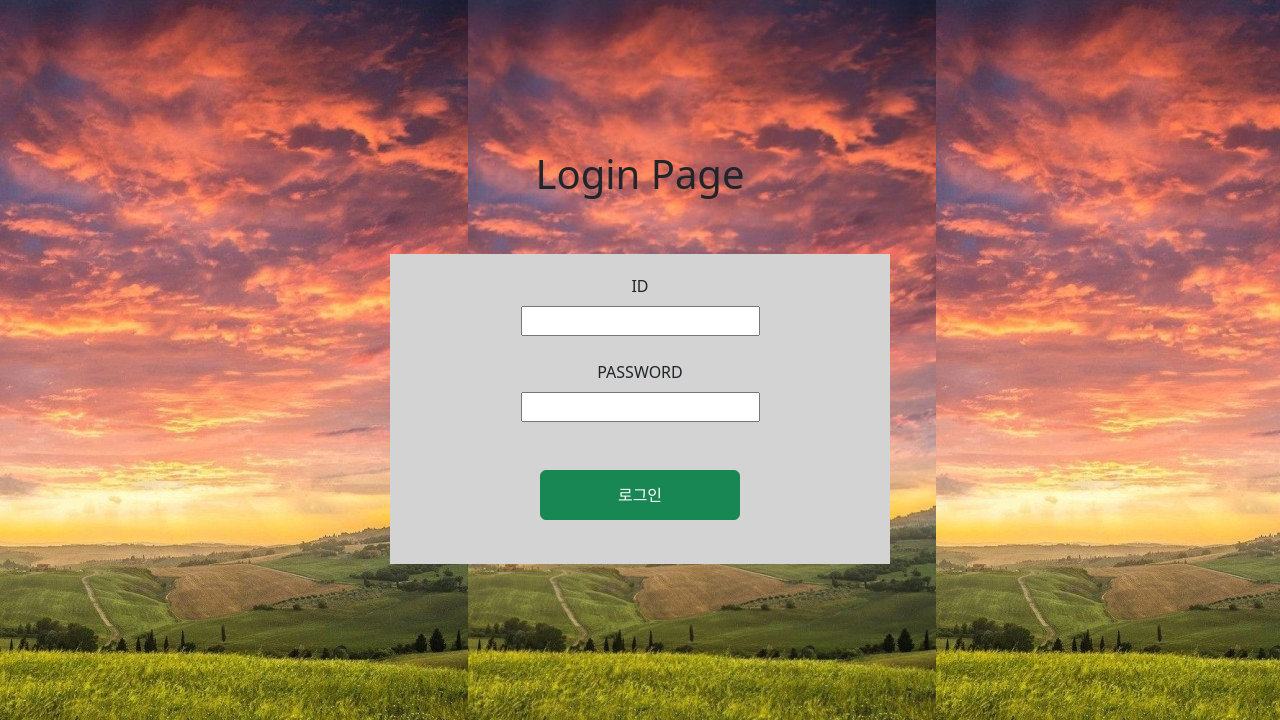
Repository: doridori890130/JSP
Page: http://localhost/jsp_project/mem/login
The author's editor kept a copy of each file at every save. The page is drawn from the files as they stood at one save, then again after the next save.
The browser window is 1280 px wide. The pictures show the whole page.
The page is served by Tomcat 9. Other server files are loaded and not shown.

Above is the page before, as saved 2023-06-01 04:24:27.

### jsp_project4/jsp_project/src/main/webapp/member/login.jsp
<%@ page language="java" contentType="text/html; charset=UTF-8"
    pageEncoding="UTF-8"%>
<!DOCTYPE html>
<html>
<head>

<meta charset="UTF-8">
<!-- CSS only -->
<link href="https://cdn.jsdelivr.net/npm/bootstrap@5.2.2/dist/css/bootstrap.min.css" rel="stylesheet" integrity="sha384-Zenh87qX5JnK2Jl0vWa8Ck2rdkQ2Bzep5IDxbcnCeuOxjzrPF/et3URy9Bv1WTRi" crossorigin="anonymous">
<style type="text/css">
 body{
 	background-image: url("/img/노을.jpg");
 }
 H1{
 	text-align: center;
 	margin-top: 150px;
 }
 div{

 	text-align: center;
 	background-color: lightgray;
 	width: 500px;
 	height: 300px;
 	margin: auto;
 	padding-top: 10px;
 }
 button{
 	width: 200px;
 	height: 50px;
 }
</style>
<title>Insert title here</title>
</head>
<body>
	<h1>Login Page</h1>
	<br> <br>
	<div>
	<form action="/mem/login_auth" method="post" >
	<div class="mb-3">
  <label for="exampleFormControlInput1" class="form-label">ID</label> <br>
		 <input type="text" name="id" > <br> <br>
  <label for="exampleFormControlInput1" class="form-label">PASSWORD</label> <br>
		 <input type="password" name="password" > <br>
<br> <br>
		<button class="btn btn-success" type="submit" >로그인</button>
	</form>
  	</div>

	</div>
</body>
</html>

### jsp_project4/jsp_project/src/main/java/Controller/MemberController.java
package Controller;

import java.io.IOException;
import java.util.List;

import javax.servlet.RequestDispatcher;
import javax.servlet.ServletException;
import javax.servlet.annotation.WebServlet;
import javax.servlet.http.HttpServlet;
import javax.servlet.http.HttpServletRequest;
import javax.servlet.http.HttpServletResponse;
import javax.servlet.http.HttpSession;

import org.slf4j.Logger;
import org.slf4j.LoggerFactory;

import domain.MemberVO;
import service.MemberService;
import service.MemberServiceImpl;

/**
 * Servlet implementation class MemberController
 */
@WebServlet("/mem/*")
public class MemberController extends HttpServlet {
	private static final long serialVersionUID = 1L;
	private static Logger log = LoggerFactory.getLogger(MemberController.class);
	private RequestDispatcher rdp; // 웹의 목적지 주소로 객체를 전달해주는 객체
    private String destpage;
    private int isOk;
    private MemberService msv;

    public MemberController() {
        msv = new MemberServiceImpl();
    }


	protected void service(HttpServletRequest request, HttpServletResponse response) throws ServletException, IOException {
		//characterENcoding 설정
		request.setCharacterEncoding("utf-8");
		response.setCharacterEncoding("utf-8");
		response.setContentType("text/html; charset=utf-8");

		String uri = request.getRequestURI();
		log.info(">>> uri : "+uri);
		String path = uri.substring(uri.lastIndexOf("/")+1);
		log.info(">>> path : "+path);

		switch(path) {
		case "join":
			destpage="/member/join.jsp";
			break;
		case "register":
			try {
				String id = request.getParameter("id");
				String password = request.getParameter("password");
				String email = request.getParameter("email");
				int age = Integer.parseInt(request.getParameter("age"));
				MemberVO mvo = new MemberVO(id,password,email,age);
				isOk = msv.register(mvo);
			} catch (Exception e) {
				e.printStackTrace();
			}
			break;
		case "login":
			destpage="/member/login.jsp";
			break;
		case "login_auth":
			try {
				String id = request.getParameter("id");
				String password = request.getParameter("password");
				MemberVO mvo= new MemberVO(id,password);
				MemberVO loginMvo = msv.login(mvo);
				if(loginMvo != null) {
					HttpSession ses = request.getSession();
					ses.setAttribute("ses", loginMvo);
					ses.setMaxInactiveInterval(10*60);
				}else {
					request.setAttribute("msg_login", 0);
				}
				destpage="/";
			} catch (Exception e) {
				e.printStackTrace();
			}
			break;
		case "logout":
			try {
				HttpSession ses = request.getSession();
				MemberVO mvo = (MemberVO )ses.getAttribute("ses");
				String id = mvo.getId();
				isOk = msv.lastlogin(id);
				ses.invalidate();

			} catch (Exception e) {
				e.printStackTrace();
			}
			destpage="/";
			break;
		case "modify":
			destpage="/member/modify.jsp";
			break;
		case "edit" :
			try {
				MemberVO mvo = new MemberVO(
						request.getParameter("id"),
						request.getParameter("password"),
						request.getParameter("email"),
						Integer.parseInt(request.getParameter("age")),
						request.getParameter("reg_date"),
						request.getParameter("last_login"));
				isOk=msv.modify(mvo);
				if(isOk>0) {
					request.setAttribute("mvo", mvo);
					HttpSession ses = request.getSession();
					ses.setAttribute("ses", mvo);
				}
				destpage="/";
			} catch (Exception e) {
				e.printStackTrace();
			}
			break;
		case "list" :
			try {
				List<MemberVO> list = msv.getList();
				request.setAttribute("list", list);
				destpage="/member/list.jsp";
			} catch (Exception e) {
				e.printStackTrace();
			}
			break;
		case "remove":
			try {
				HttpSession ses = request.getSession();
				MemberVO reMvo = (MemberVO)ses.getAttribute("ses");
				String delId= reMvo.getId();
				isOk = msv.remove(delId);
				ses.invalidate();
				destpage="/";
			} catch (Exception e) {
				e.printStackTrace();
			}
			break;
		}


		rdp = request.getRequestDispatcher(destpage);
		rdp.forward(request, response);
	}


	protected void doGet(HttpServletRequest request, HttpServletResponse response) throws ServletException, IOException {
		service(request,response);
	}


	protected void doPost(HttpServletRequest request, HttpServletResponse response) throws ServletException, IOException {
		service(request,response);
	}

}

### jsp_project4/jsp_project/src/main/java/service/MemberServiceImpl.java
package service;

import java.util.List;

import org.slf4j.Logger;
import org.slf4j.LoggerFactory;

import domain.MemberVO;
import repository.MemberDAO;
import repository.MemberDAOImpl;

public class MemberServiceImpl implements MemberService {
	private static Logger log = LoggerFactory.getLogger(MemberServiceImpl.class);
	private MemberDAO mdao;

	public MemberServiceImpl() {
		mdao= new MemberDAOImpl();
	}

	@Override
	public int register(MemberVO mvo) {
		log.info(">>register service");
		return mdao.register(mvo);
	}

	@Override
	public MemberVO login(MemberVO mvo) {
		log.info(">>login service");
		return mdao.login(mvo);
	}

	@Override
	public int lastlogin(String id) {
		log.info(">>lastlogin service");
		return mdao.lastlogin(id);
	}

	@Override
	public int modify(MemberVO mvo) {
		log.info(">>lastlogin service");
		return mdao.modify(mvo);
	}

	@Override
	public List<MemberVO> getList() {
		log.info(">>lastlogin service");
		return mdao.list();
	}

	@Override
	public int remove(String delId) {
		log.info(">>lastlogin service");
		return mdao.remove(delId);
	}
}

### jsp_project4/jsp_project/src/main/java/repository/MemberDAO.java
package repository;

import java.util.List;

import domain.MemberVO;

public interface MemberDAO {

	int register(MemberVO mvo);

	MemberVO login(MemberVO mvo);

	int lastlogin(String id);

	int modify(MemberVO mvo);

	List<MemberVO> list();

	int remove(String delId);

}

### jsp_project4/jsp_project/src/main/java/repository/MemberDAOImpl.java
package repository;

import java.util.List;

import org.apache.ibatis.session.SqlSession;
import org.slf4j.Logger;
import org.slf4j.LoggerFactory;

import domain.MemberVO;
import orm.DatabaseBuilder;



public class MemberDAOImpl implements MemberDAO {
	private static Logger log = LoggerFactory.getLogger(MemberDAOImpl.class);
	private SqlSession sql;
	private String NS = "MemberMapper.";

	public MemberDAOImpl() {
		new DatabaseBuilder();
		sql= DatabaseBuilder.getFactory().openSession();
	}

	@Override
	public int register(MemberVO mvo) {
		int isOk=sql.insert(NS+"register",mvo);
		if(isOk>0) {
			sql.commit();
		}
		return isOk;
	}

	@Override
	public MemberVO login(MemberVO mvo) {

		return sql.selectOne(NS+"login",mvo);
	}

	@Override
	public int lastlogin(String id) {
		int isOk=sql.update(NS+"lastlogin",id);
		if(isOk>0) {
			sql.commit();
		}
		return isOk;
	}

	@Override
	public int modify(MemberVO mvo) {
		int isOk=sql.update(NS+"modify",mvo);
		if(isOk>0) {
			sql.commit();
		}
		return isOk;
	}

	@Override
	public List<MemberVO> list() {

		return sql.selectList(NS+"list");
	}

	@Override
	public int remove(String delId) {
		int isOk=sql.delete(NS+"del",delId);
		if(isOk>0) {
			sql.commit();
		}
		return isOk;
	}
}

### jsp_project4/jsp_project/src/main/java/orm/DatabaseBuilder.java
package orm;


import java.io.IOException;
import org.apache.ibatis.io.Resources;
import org.apache.ibatis.session.SqlSessionFactory;
import org.apache.ibatis.session.SqlSessionFactoryBuilder;
import org.slf4j.Logger;
import org.slf4j.LoggerFactory;

public class DatabaseBuilder {
	private static Logger log = LoggerFactory.getLogger(DatabaseBuilder.class);
	private static SqlSessionFactory factory;
	private static final String config = "orm/MybatisConfig.xml";

	static {
		try {
			factory = new SqlSessionFactoryBuilder().build(Resources.getResourceAsReader(config));

		} catch (IOException e) {
			log.info("Mybatis 설정오류");
			e.printStackTrace();
		}
	}
	public static SqlSessionFactory getFactory() {
		return factory;
	}
}

### jsp_project4/jsp_project/src/main/java/domain/MemberVO.java
package domain;

public class MemberVO {
//	create table meminfo(
//			mno int auto_increment,
//			id varchar(100),
//			password varchar(100),
//			email varchar(100),
//			age int,
//			reg_date datetime default now(),
//			last_login datetime default null,
//			primary key(mno));
	private int mno;
	private String id;
	private String password;
	private String email;
	private int age;
	private String reg_date;
	private String last_login;

	public MemberVO() {}
	//resister (id, passwor, email, age)
	public MemberVO(String id ,String password, String email, int age) {
		this.id=id;
		this.password=password;
		this.email=email;
		this.age=age;
	}

	// login
	public MemberVO(String id, String password) {
		this.id=id;
		this.password=password;
	}

	//list(id, email, age, reg_date, last_login)
	public MemberVO(String id, String email,int age,String reg_date , String last_login) {
		this.id=id;
		this.email=email;
		this.age=age;
		this.reg_date=reg_date;
		this.last_login=last_login;
	}
	//modify (password, age, email)
	public MemberVO(String password, int age, String email) {
		this.password=password;
		this.age=age;
		this.email=email;
	}
	public MemberVO(String id, String password, String email, int age, String reg_date, String last_login) {

		this.id = id;
		this.password = password;
		this.email = email;
		this.age = age;
		this.reg_date = reg_date;
		this.last_login = last_login;
	}
	public int getMno() {
		return mno;
	}
	public void setMno(int mno) {
		this.mno = mno;
	}
	public String getId() {
		return id;
	}
	public void setId(String id) {
		this.id = id;
	}
	public String getPassword() {
		return password;
	}
	public void setPassword(String password) {
		this.password = password;
	}
	public String getEmail() {
		return email;
	}
	public void setEmail(String email) {
		this.email = email;
	}
	public int getAge() {
		return age;
	}
	public void setAge(int age) {
		this.age = age;
	}
	public String getReg_date() {
		return reg_date;
	}
	public void setReg_date(String reg_date) {
		this.reg_date = reg_date;
	}
	public String getLast_login() {
		return last_login;
	}
	public void setLast_login(String last_login) {
		this.last_login = last_login;
	}
	@Override
	public String toString() {
		return "MemberVo [mno=" + mno + ", id=" + id + ", password=" + password + ", email=" + email + ", age=" + age
				+ ", reg_date=" + reg_date + ", last_login=" + last_login + "]";
	}

}

### jsp_project4/jsp_project/src/main/java/domain/BoardVO.java
package domain;

public class BoardVO {
	private int bno;
	private String title;
	private String writer;
	private String content;
	private String reg_date;
	private int read_count;
	private String image_file;

	public BoardVO() {}

	//register(title, writer, content)
	public BoardVO(String title, String writer, String content) {
		this.title = title;
		this.writer = writer;
		this.content = content;
	}
	//list(bno, title, writer, reg_date)
	public BoardVO(int bno, String title, String writer,
			String reg_date, int read_count) {
		this.bno = bno;
		this.title = title;
		this.writer = writer;
		this.reg_date = reg_date;
		this.read_count = read_count;
	}
	//detail(all)
	public BoardVO(int bno, String title, String writer, String content, String reg_date, int read_count, String image_file) {
		this.bno = bno;
		this.title = title;
		this.writer = writer;
		this.content = content;
		this.reg_date = reg_date;
		this.read_count = read_count;
		this.image_file = image_file;
	}

	//update(bno, title, content)
	public BoardVO(int bno, String title, String content) {
		this.bno = bno;
		this.title =title;
		this.content=content;
	}

	//getter/setter
	public int getBno() {
		return bno;
	}

	public void setBno(int bno) {
		this.bno = bno;
	}

	public String getTitle() {
		return title;
	}

	public int getRead_count() {
		return read_count;
	}

	public void setRead_count(int read_count) {
		this.read_count = read_count;
	}

	public void setTitle(String title) {
		this.title = title;
	}

	public String getWriter() {
		return writer;
	}

	public void setWriter(String writer) {
		this.writer = writer;
	}

	public String getContent() {
		return content;
	}

	public void setContent(String content) {
		this.content = content;
	}

	public String getReg_date() {
		return reg_date;
	}

	public void setReg_date(String reg_date) {
		this.reg_date = reg_date;
	}


	public String getImage_file() {
		return image_file;
	}

	public void setImage_file(String image_file) {
		this.image_file = image_file;
	}

	@Override
	public String toString() {
		return "BoardVO [bno=" + bno + ", title=" + title + ", writer=" + writer + ", content=" + content
				+ ", reg_date=" + reg_date + ", read_count=" + read_count + "]";
	}




}

### jsp_project4/jsp_project/src/main/java/domain/CommentVO.java
package domain;

public class CommentVO {
	private int cno;
	private int bno;
	private String writer;
	private String content;
	private String reg_date;

	public CommentVO() {}

	//post(bno, writer, content)
	public CommentVO(int bno, String writer, String content) {
	this.bno=bno;
	this.writer=writer;
	this.content=content;
	}
	//(writer, content, cno)
	public CommentVO(String writer, String content, int cno) {
	this.writer = writer;
	this.content = content;
	this.cno = cno;
	}
	//modify(cno, content)
	public CommentVO(int cno, String content) {
		this.cno = cno;
		this.content = content;
	}
	//list(bno, cno, writer, content, reg_date)
	public CommentVO(int bno, int cno, String writer, String content,
			String reg_date) {
		this(bno, writer, content);
		this.cno=cno;
		this.reg_date=reg_date;
	}

	public int getCno() {
		return cno;
	}

	public void setCno(int cno) {
		this.cno = cno;
	}

	public int getBno() {
		return bno;
	}

	public void setBno(int bno) {
		this.bno = bno;
	}

	public String getWriter() {
		return writer;
	}

	public void setWriter(String writer) {
		this.writer = writer;
	}

	public String getContent() {
		return content;
	}

	public void setContent(String content) {
		this.content = content;
	}

	public String getReg_date() {
		return reg_date;
	}

	public void setReg_date(String reg_date) {
		this.reg_date = reg_date;
	}

	@Override
	public String toString() {
		return "CommentVO [cno=" + cno + ", bno=" + bno + ", writer=" + writer + ", content=" + content + ", reg_date="
				+ reg_date + "]";
	}
}

### jsp_project4/jsp_project/src/main/java/domain/PagingVO.java
package domain;

public class PagingVO {
	private int pageNo;
	private int qty;

	private String type;
	private String keyword;

	public PagingVO() {
		this(1,10);
	}
	public PagingVO(int pageNo, int qty) {
		this.pageNo=pageNo;
		this.qty=qty;
	}

	public int getPageStart() {
		return (this.pageNo-1)*10;
	}

	public String[] gettypeToArray() {
		return this.type == null ? new String[] {} : this.type.split("");
	}
	public int getPageNo() {
		return pageNo;
	}
	public void setPageNo(int pageNo) {
		this.pageNo = pageNo;
	}
	public int getQty() {
		return qty;
	}
	public void setQty(int qty) {
		this.qty = qty;
	}
	public String getType() {
		return type;
	}
	public void setType(String type) {
		this.type = type;
	}
	public String getKeyword() {
		return keyword;
	}
	public void setKeyword(String keyword) {
		this.keyword = keyword;
	}
	@Override
	public String toString() {
		return "PagingVO [pageNo=" + pageNo + ", qty=" + qty + ", type=" + type + ", keyword=" + keyword + "]";
	}

}

After the next save:
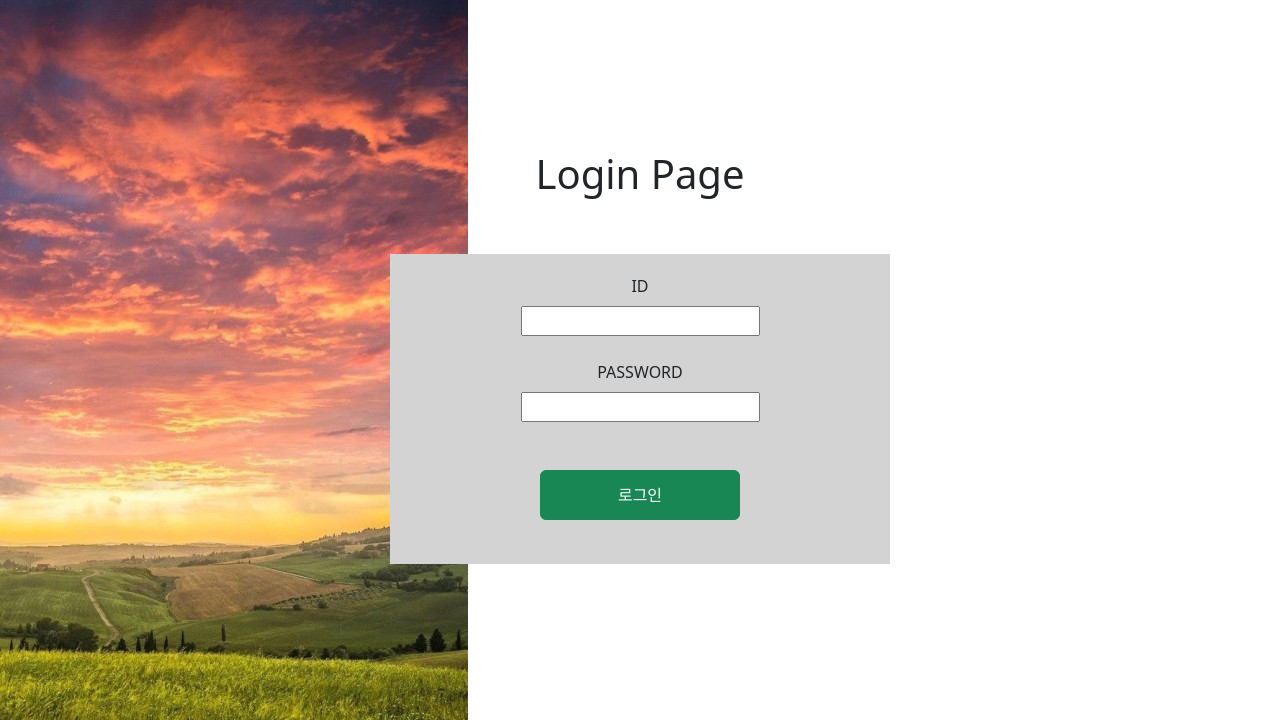
Saved 14 s later.
--- a/jsp_project4/jsp_project/src/main/webapp/member/login.jsp
+++ b/jsp_project4/jsp_project/src/main/webapp/member/login.jsp
@@ -10,6 +10,7 @@
 <style type="text/css">
  body{
  	background-image: url("/img/노을.jpg");
+ 	background-repeat: no-repeat;
  }
  H1{
  	text-align: center;

After the save that followed:
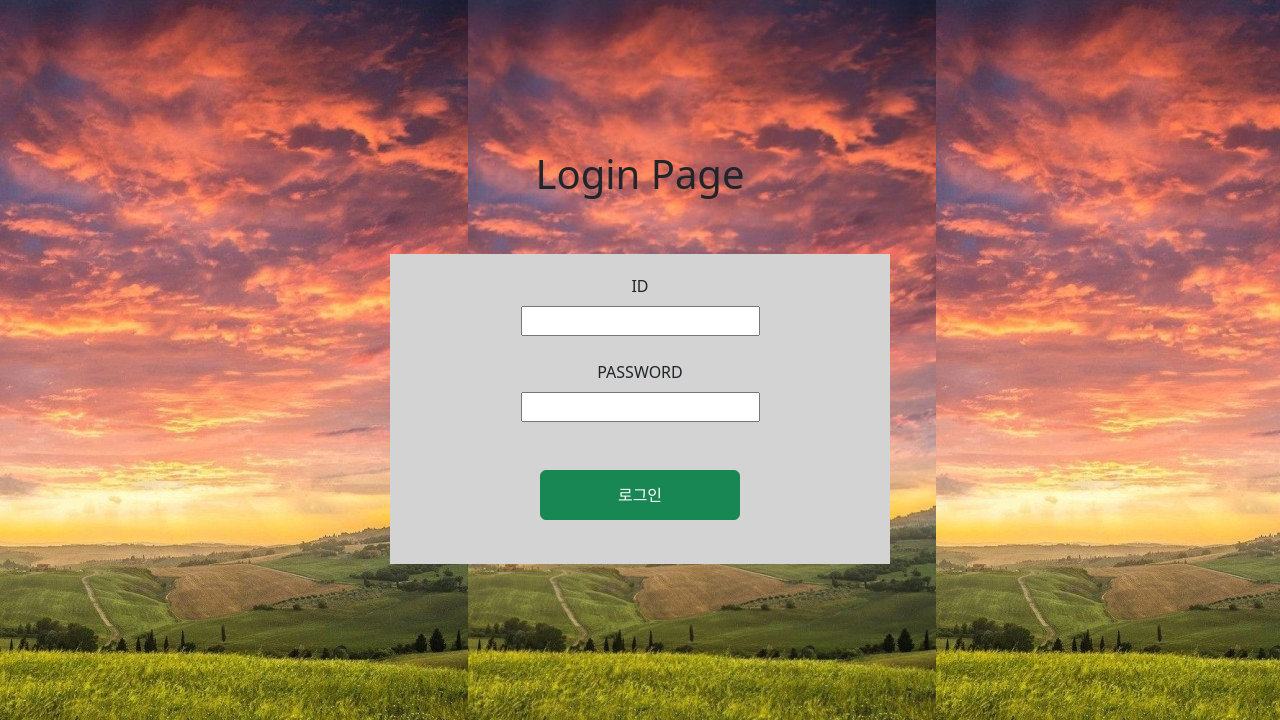
Saved 12 s later.
--- a/jsp_project4/jsp_project/src/main/webapp/member/login.jsp
+++ b/jsp_project4/jsp_project/src/main/webapp/member/login.jsp
@@ -10,7 +10,7 @@
 <style type="text/css">
  body{
  	background-image: url("/img/노을.jpg");
- 	background-repeat: no-repeat;
+
  }
  H1{
  	text-align: center;
